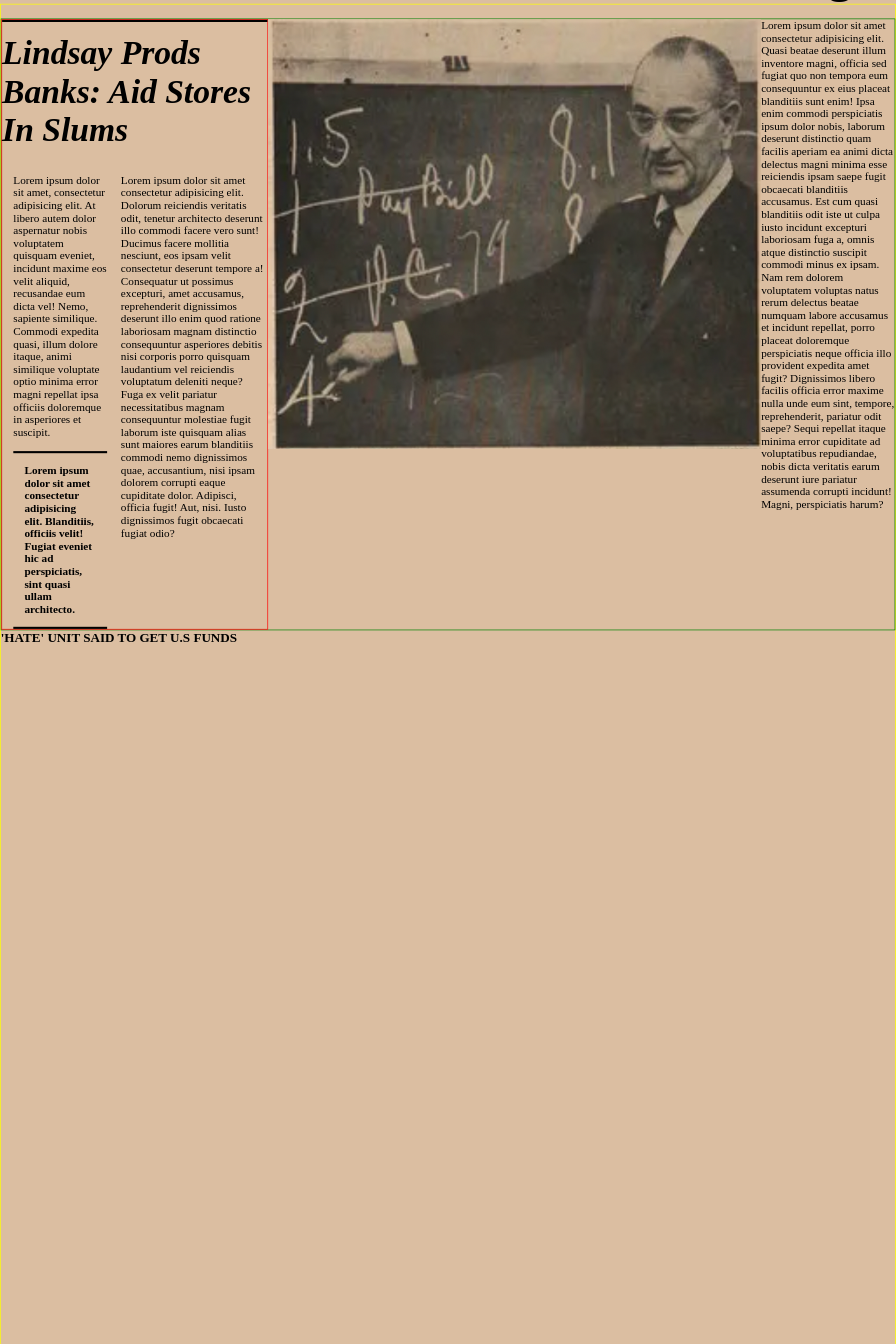
Repository: Arkitecth/newspaper-grid
Page: index.html
These files come from the project's save history. The page is drawn as it stood at one moment and after the next save; the edit follows.
The browser window is 1280 px wide. The pictures show the part of the page from y = 409 to 2329 px (the page is 3058 px tall before and 2890 px after), at 70% of full size.

Above is the page before, as saved 2023-05-29 19:26:22.

After the next save:
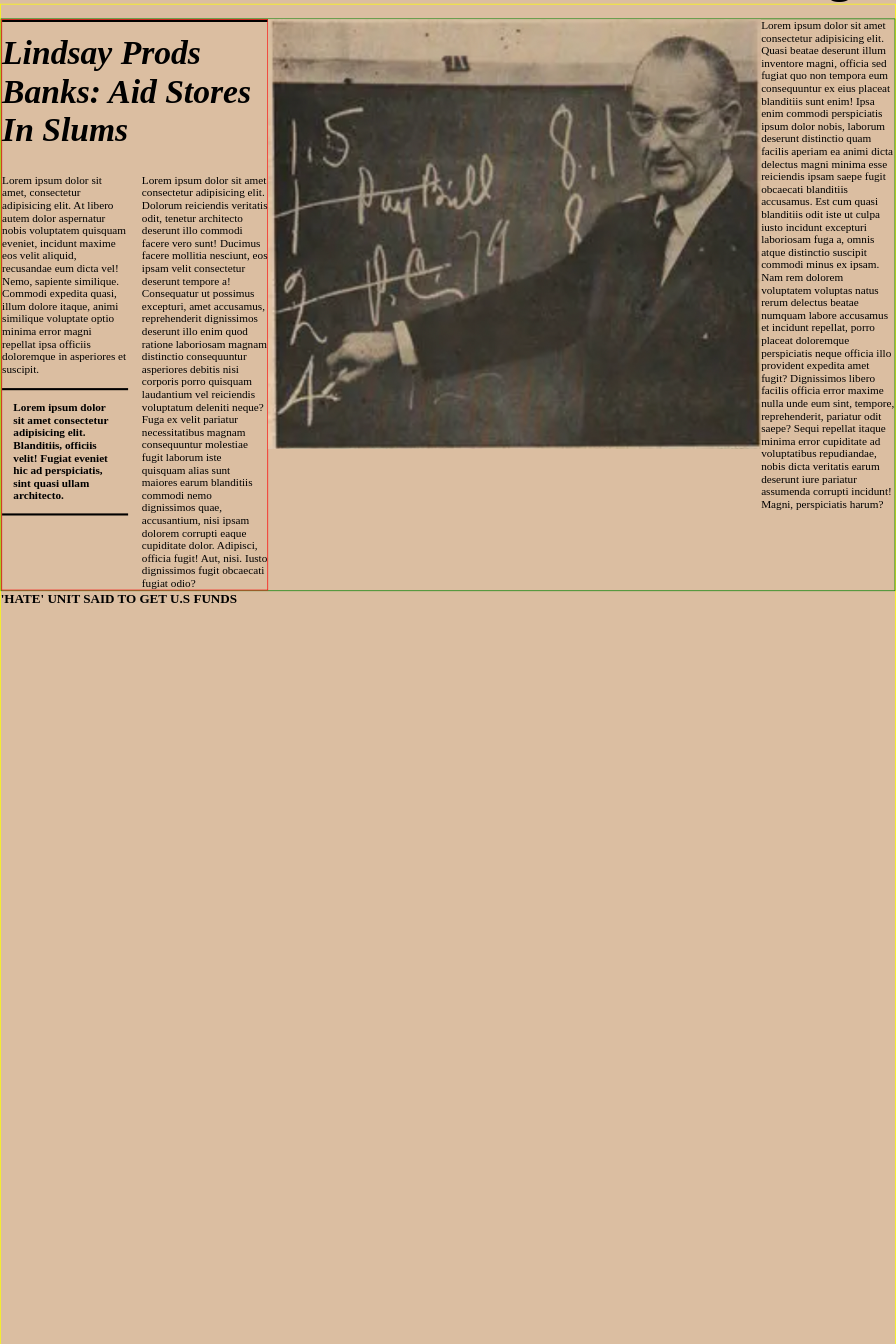
Saved 5 s later.
--- a/styles.css
+++ b/styles.css
@@ -82,16 +82,6 @@
     text-transform: capitalize;
 }
 
-
-
-.right {
-    grid-column: 2 / span 4;
-}
-
-.left{
-    padding-left: 1rem;
-}
-
 .highlight {
     font-weight: bold;
     border-top: 3px solid black;
